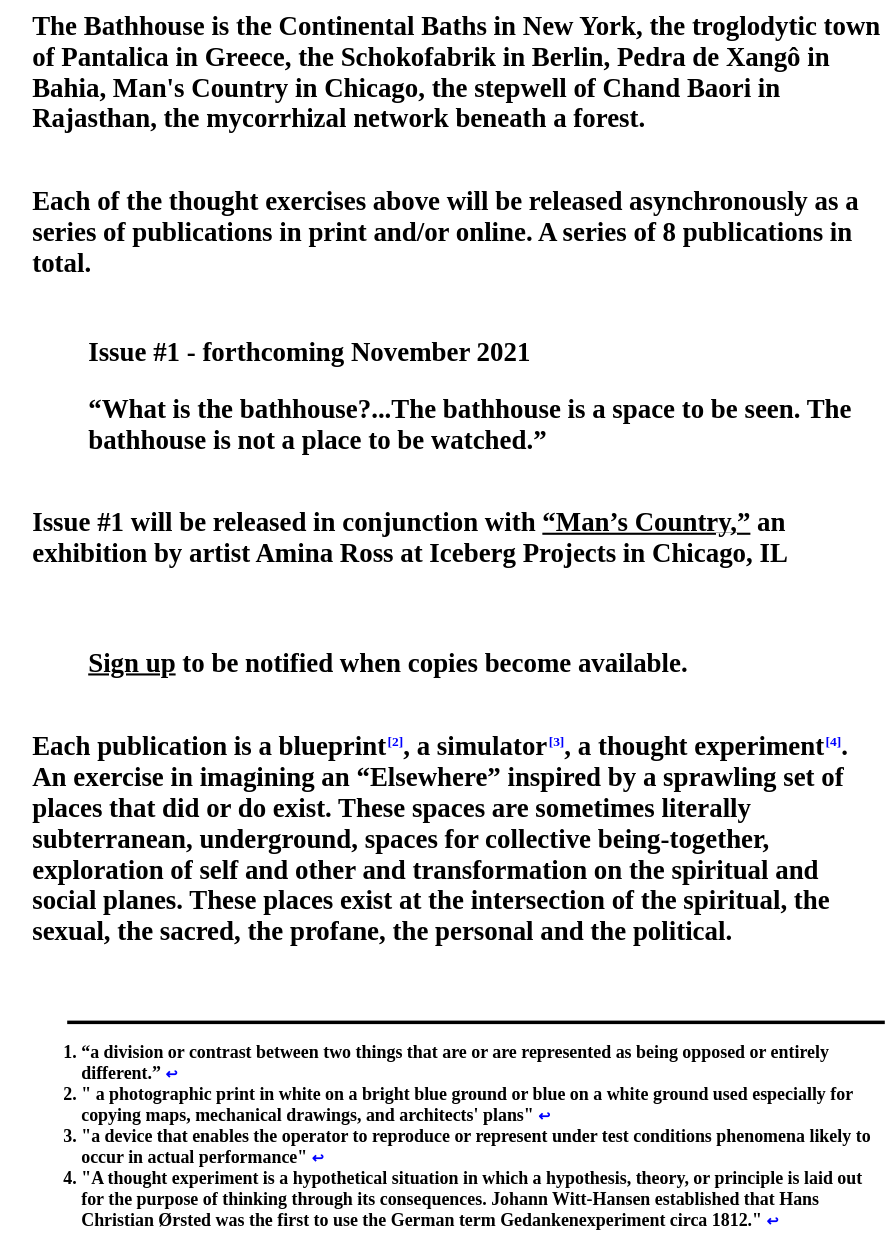
Repository: ayoungblood2/bathhouse.online
Page: index.html
An editor plug-in stored every save of this project. The page is shown before and after the next save, followed by the edit.
The browser window is 1280 px wide. The pictures show the part of the page from y = 2570 to 4490 px (the page is 4370 px tall before and 4490 px after), at 70% of full size.
An inner scrolling area shows only its first screen. Backgrounds fixed to the window are drawn as part of the page. Some web fonts or font styles are not loaded; a fallback is used.

Above is the page before, as saved 2021-10-16 18:45:05.
Not found: js/layout_main.js
Not found: js/three_main.js
Not found: style.css

After the next save:
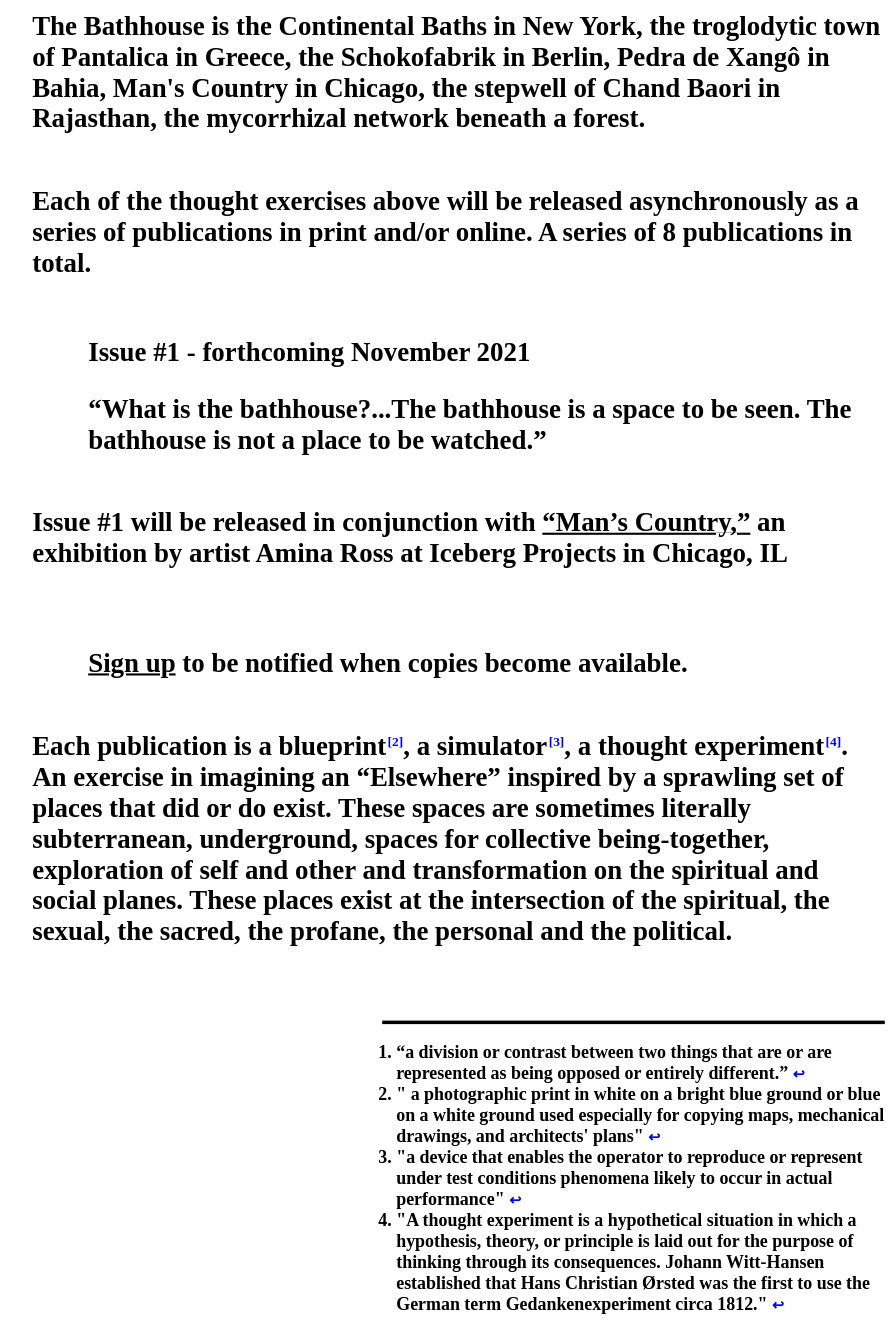
Saved 11 s later.
--- a/index.html
+++ b/index.html
@@ -185,7 +185,7 @@
             border-top: 5px solid black;
             font-size: 2vw;
             font-family: "Avenir Next Heavy";
-            margin-left: 50px;
+            margin-left: 500px;
         }
 
         footer ol {
